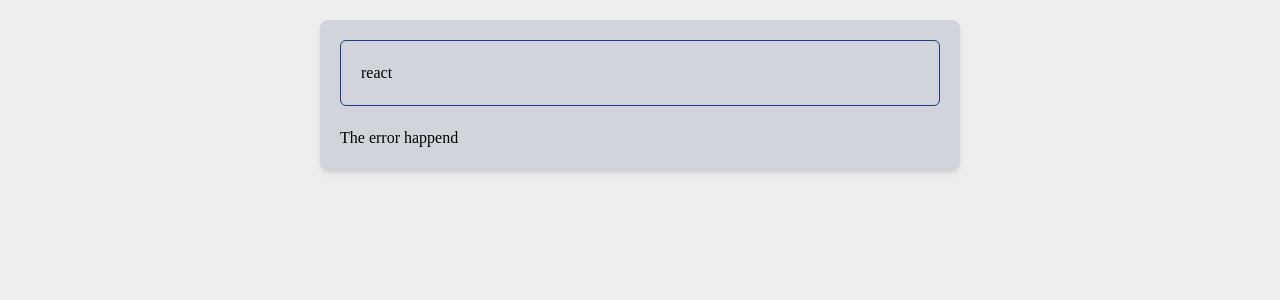
Repository: 16-Doffy/Fe-Khhoahoc
Page: /
An editor plug-in stored every save of this project. The page is shown before and after a run of saves, followed by the edit.
The browser window is 1280 px wide. The pictures show the whole page.
The page's requests for data from a server got no answer. The project was rebuilt for these pictures with package versions that can differ from the ones it lists, and the page was loaded fresh each time. No one was signed in, and anything a server would have sent is missing. Also part of the build but not shown: src/App.css.

Above is the page before, as saved 2025-01-14 15:35:48.

After the next 2 saves:
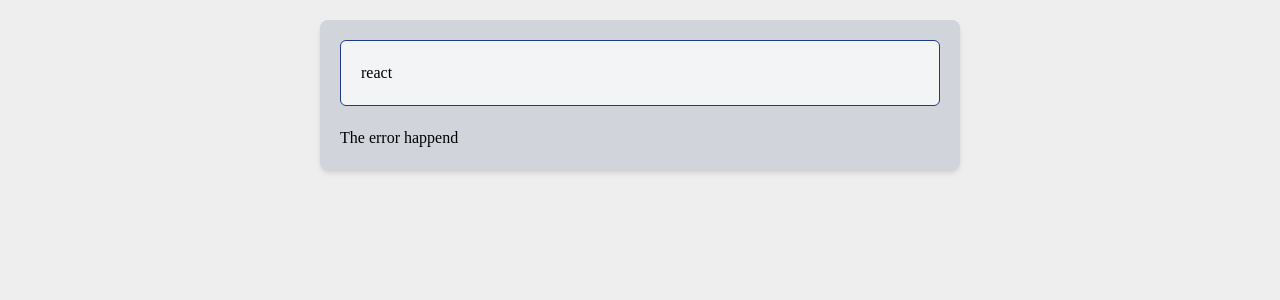
The 2 saves are shown as one change because they came seconds apart.
The last was saved 27 s later.
--- a/src/components/news/HackerNews.js
+++ b/src/components/news/HackerNews.js
@@ -32,7 +32,7 @@ const HackerNews = () => {
     <div className="bg-gray-300 mx-auto mt-5 p-5 rounded-lg shadow-md w-2/4">
       <input
         type="text"
-        className="bg-gray-300 border border-blue-900 text-black p-5 mb-5 block w-full rounded-md"
+        className="bg-gray-100 mb-5 border border-blue-900 text-black p-5 mb-5 block w-full rounded-md"
         defaultValue={query}
         onChange={handleUpdateQuery}
       />
